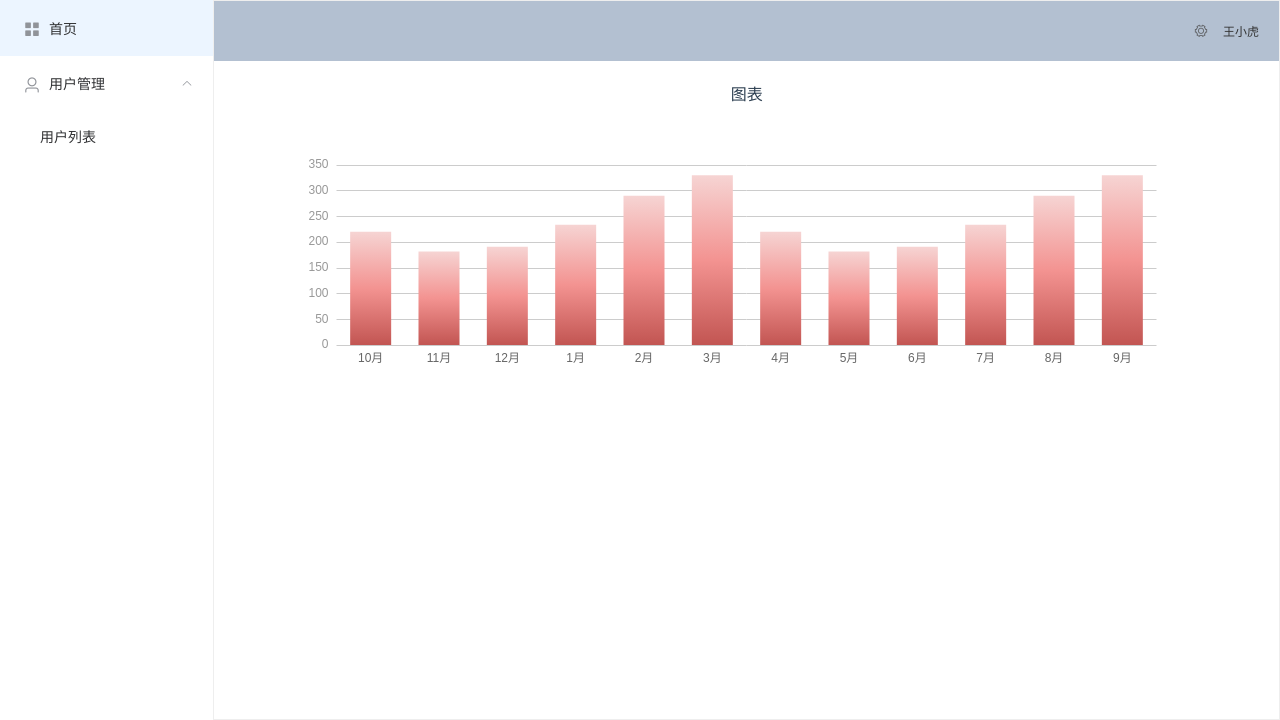
Repository: cmw520520/admin_vue
Page: /#/example/echart
An editor plug-in stored every save of this project. The page is shown before and after the next save, followed by the edit.
The browser window is 1280 px wide. The pictures show the whole page.
The project was rebuilt for these pictures with package versions that can differ from the ones it lists, and the page was loaded fresh each time. Also part of the build but not shown: src/page/home/Home.vue, src/page/user/UserList.vue.

Above is the page before, as saved 2019-07-01 13:59:00.

After the next save:
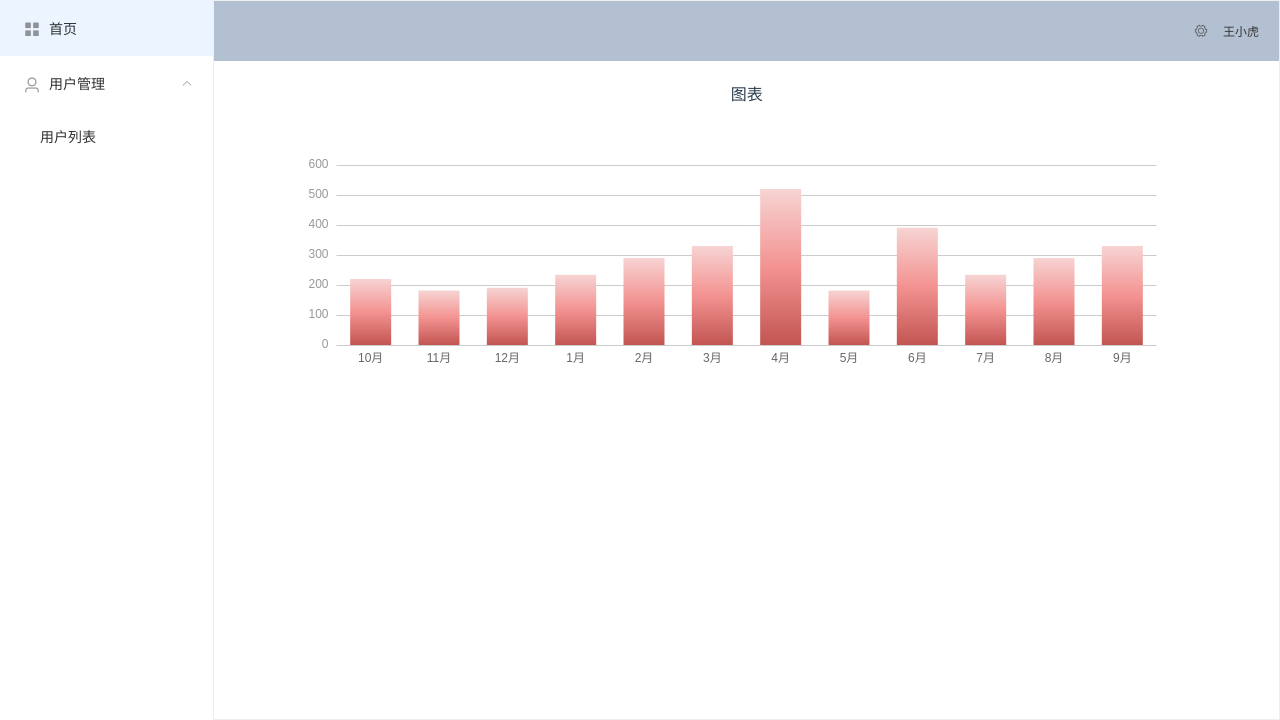
Saved 43 min 29 s later.
--- a/example/Echart.vue
+++ b/example/Echart.vue
@@ -104,7 +104,7 @@ export default {
                         )
                     }
                 },
-                data: [220, 182, 191, 234, 290, 330, 220, 182, 191, 234, 290, 330]
+                data: [220, 182, 191, 234, 290, 330, 520, 182, 391, 234, 290, 330]
             }
           ]
         });
